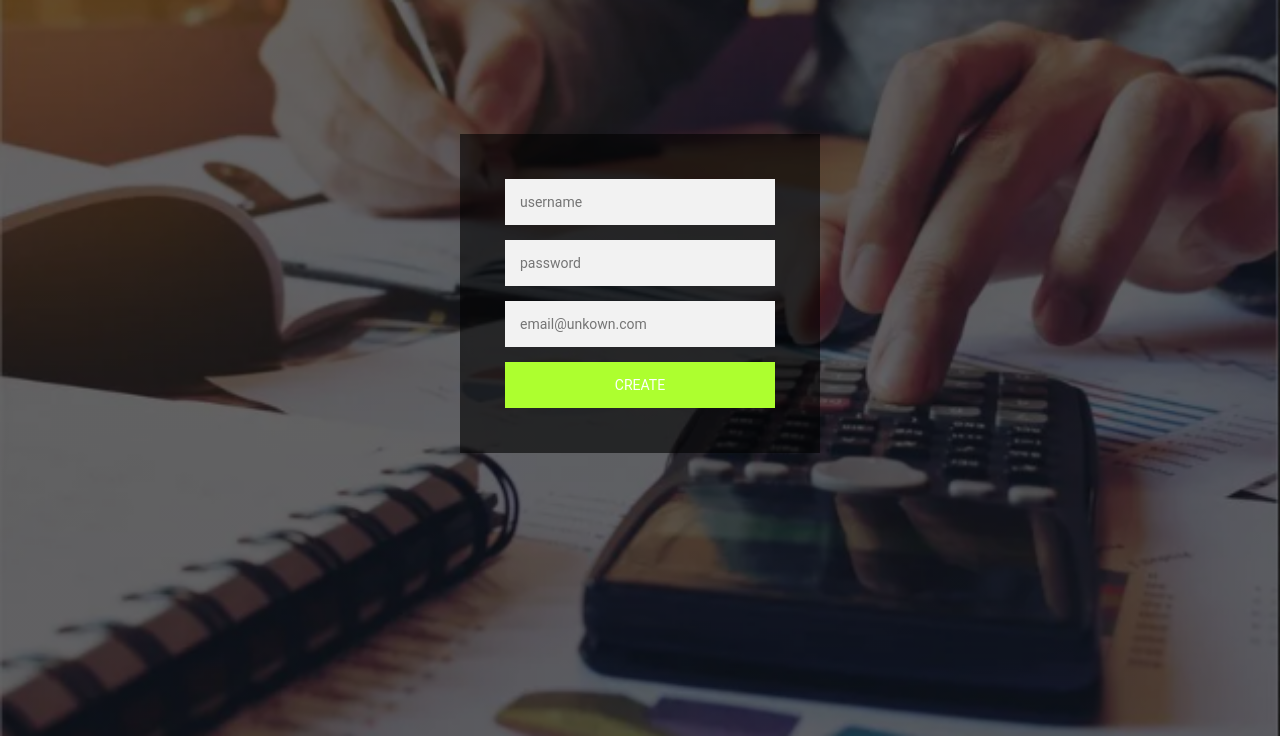
Repository: rambo1022/Project-1
Page: index.html
The author's editor kept a copy of each file at every save. The page is drawn from the files as they stood at one save, then again after the next save.
The browser window is 1280 px wide. The pictures show the whole page.

Above is the page before, as saved 2019-12-01 15:50:23.

### index.html
<!DOCTYPE html>
<html lang="en">
<head>
  <meta charset="UTF-8">
  <meta name="viewport" content="width=device-width, initial-scale=1.0">
  <meta http-equiv="X-UA-Compatible" content="ie=edge">
  <title>Prime Trade || Login/SignUp</title>
  <link rel="stylesheet" href="../Project-1/Sign-Up/signup.css">

</head>

<body>

  <div class="login-page">
  <div class="form">
    <form class="register-form">
    <input type="text" placeholder="username"/>
    <input type="text" placeholder="password"/>
    <input type="text" placeholder="email@unkown.com"/>
    <button>Create</button>

    </form>
  </div>
  </div>






</body>

</html>

### Sign-Up/signup.css
body {
    background-image: linear-gradient(rgba(0,0,0,0.6),rgba(0,0,0,0.6)),url(../Sign-Up/images/finance.png);
    height: 100vh;
    background-size: cover;
    background-position: center;


}

.login-page {
    width: 360px;
    padding: 10% 0 0;
    margin: auto;


}

.form {
    position: relative;
    z-index: 1;
    background: rgba(0,0,0,0.6);
    max-width: 360px;
    margin: 0 auto 100px;
    padding: 45px;
    text-align: center;

}


.form input {
    font-family: "Roboto", sans-serif;
    outline: 1;
    background: #f2f2f2;
    width: 100%;
    border: 0;
    margin: 0 0 15px;
    padding: 15px 15px;
    box-sizing: border-box;
    font-size: 14px;

}

.form button {
    font-family: "Roboto", sans-serif;
    text-transform: uppercase;
    outline: 0;
    background: greenyellow;
    width: 100%;
    border: 0;
    padding: 15px 15px;
    color: #ffffff;
    font-size: 14px;
    cursor: pointer;

}

After the next save:
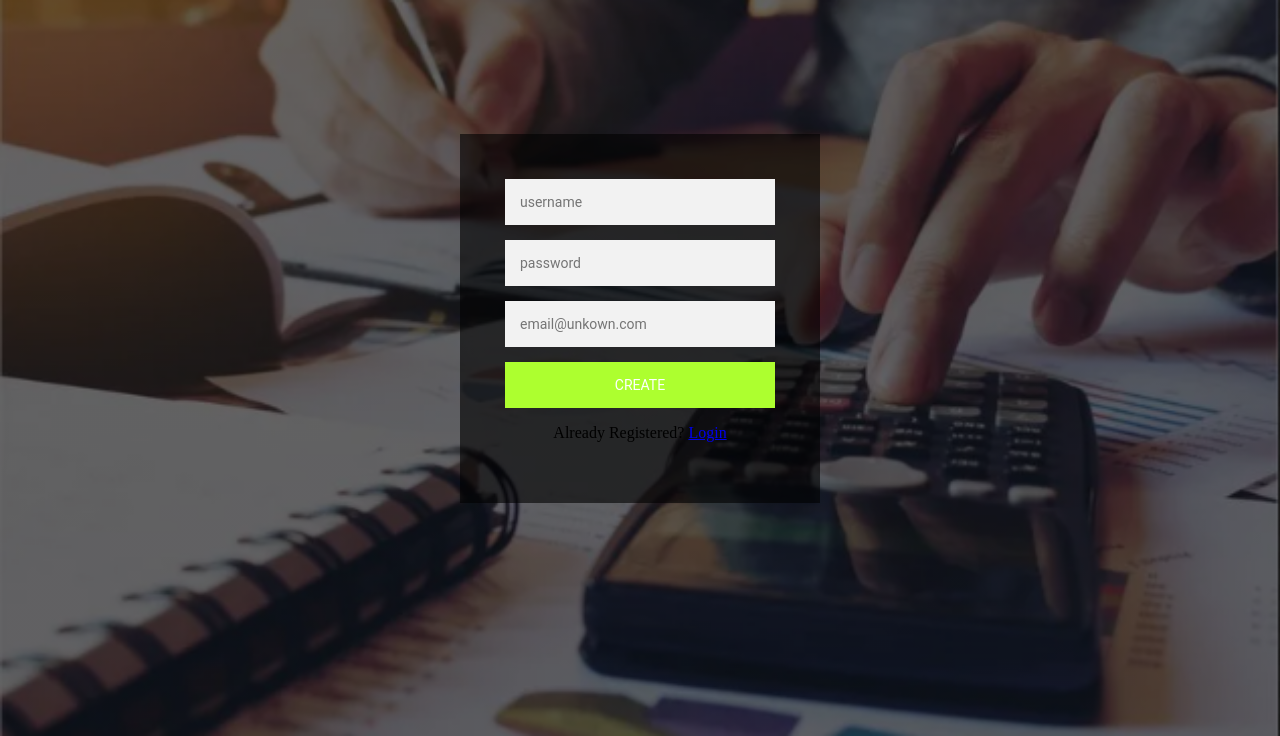
Saved 3 min 49 s later.
--- a/index.html
+++ b/index.html
@@ -18,6 +18,10 @@
     <input type="text" placeholder="password"/>
     <input type="text" placeholder="email@unkown.com"/>
     <button>Create</button>
+    <p class="message"> Already Registered? <a href="#">Login</a>
+
+
+    </p>
 
     </form>
   </div>
